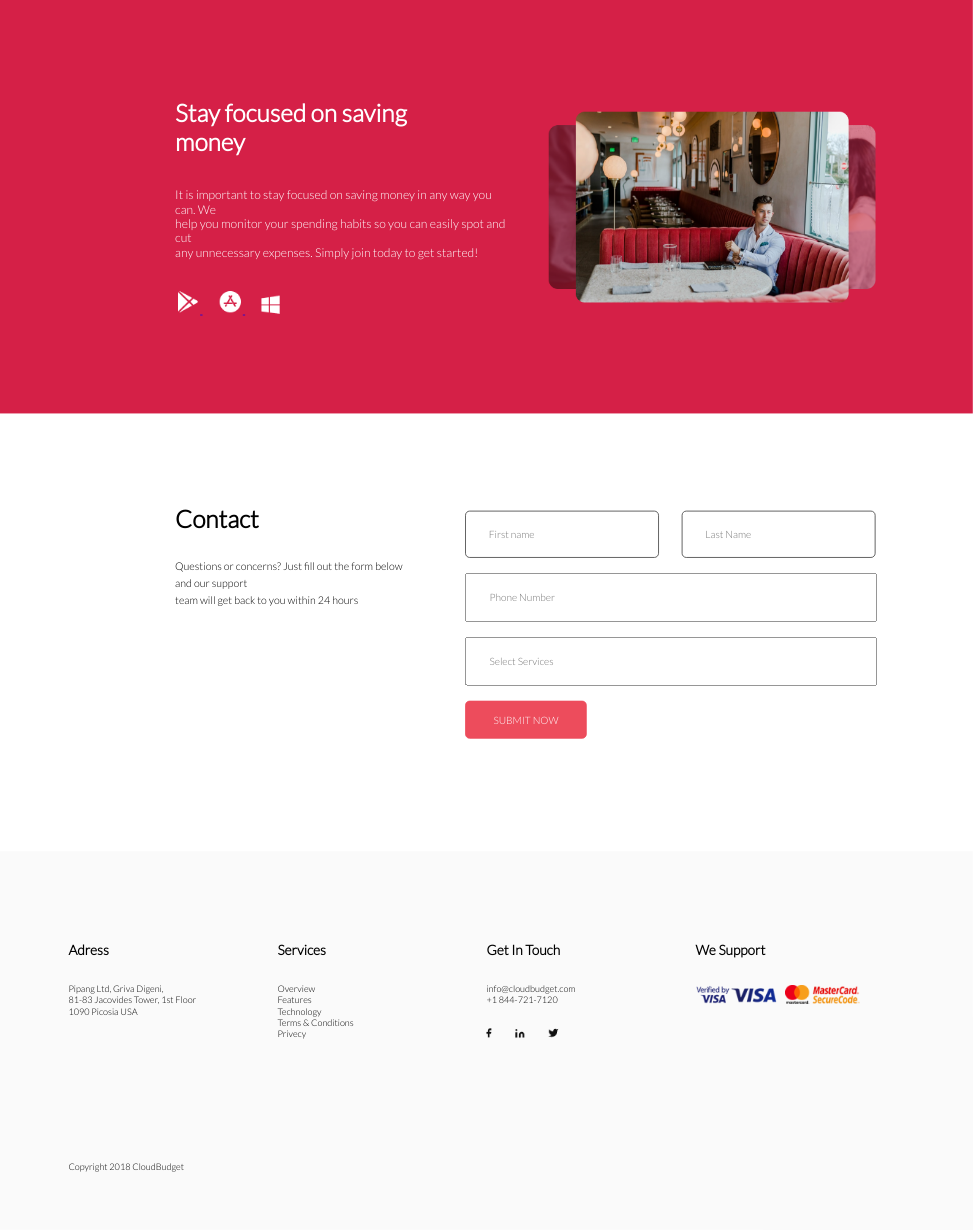
Repository: batonAnton/Cursor_lecture4
Page: index.html
An editor plug-in stored every save of this project. The page is shown before and after the next save, followed by the edit.
The browser window is 1280 px wide. The pictures show the whole page, at 76% of full size.

Above is the page before, as saved 2022-06-09 16:22:23.

### index.html
<!DOCTYPE html>
<html lang="en">
<head>
    <meta charset="UTF-8">
    <meta http-equiv="X-UA-Compatible" content="IE=edge">
    <meta name="viewport" content="width=device-width, initial-scale=1.0">
    <title>CloudBudget Freebie</title>
    <link rel="preconnect" href="https://fonts.googleapis.com">
    <link rel="preconnect" href="https://fonts.gstatic.com" crossorigin>
    <link href="https://fonts.googleapis.com/css2?family=Lato:wght@300&display=swap" rel="stylesheet">
    <link rel="stylesheet" href="css/style.css">
</head>
<body>
    <div class="full-page">
    <header>
        <div class="info-box">
            <h1>Stay focused on saving <br> money</h1>
            <p>It is important to stay focused on saving money in any way you can. We <br> help you monitor your spending habits so you can easily spot and cut <br> any unnecessary expenses. Simply join today to get started!</p>

            <div class="link_source">
                <a href="https://play.google.com/store/games?hl=uk&gl=US">
                    <img src="/image/icon/google_play.png" alt="icon-google">
                </a>
                <a href="https://www.apple.com/ua/app-store/">
                    <img src="/image/icon/apstore.png" alt="icon-apstore">
                </a>
                <a href="https://www.microsoft.com/uk-ua/software-download/windows10">
                    <img src="/image/icon/windows.png" alt="icon-windows">
                </a>
            </div>
        </div>

        <div class="big_img"></div>
    </header>

    <section>
        <div class="info-box">
            <h1>Contact</h1>
            <p>Questions or concerns? Just fill out the form below and our support <br> team will get back to you within 24 hours</p>
        </div>

        <div class="input-fields">
            <form>
                <div>
                    <input type="text" id="fname" placeholder="First name" name="fname">
                    <input type="text" id="lname" placeholder="Last Name" name="lname">
                </div>

                <input type="number" name="" id="number" placeholder="Phone Number">
                <input list="browsers" id="dropdown" placeholder="Select Services" name="service"> <br>
                <datalist id="browsers">
                    <option value="Service1">
                    <option value="Service2">
                    <option value="Service3">
                    <option value="Service4">
                    <option value="Service5">
                </datalist>
                <button>submit now</button>
              </form>
        </div>
    </section>

    <footer>
        <div class="all-block">
            <div class="adress-block">
                <h1>adress</h1>
                <p>
                    Pipang Ltd, Griva Digeni,<br>
                    81-83 Jacovides Tower, 1st Floor <br>
                    1090 Picosia USA
                </p>
            </div>

            <div class="services">
                <h1>services</h1>
                <a href="">overview</a>
                <a href="">features</a>
                <a href="">technology</a>
                <a href="">terms & conditions</a>
                <a href="">privecy</a>
            </div>

            <div class="link-social">
                <h1>Get in Touch</h1>
                <a href="">info@cloudbudget.com</a>
                <a href="">+1 844-721-7120</a>

                <div>
                    <a href="">
                        <img src="/image/footer/facebook.png" alt="facebook-link">
                    </a>

                    <a href="">
                        <img src="/image/footer/feather-linkedin.png" alt="linkdn">
                    </a>

                    <a href="">
                        <img src="/image/footer/tweeter.png" alt="tweeter-img">
                    </a>
                </div>
            </div>

            <div class="paymants">
                <h1>We Support</h1>
                <img src="/image/footer/secure-p-1 1.png" alt="img pay">
            </div>
        </div>
        <p class="copyright">Copyright 2018 CloudBudget</p>
    </footer>
    </div>
</body>
</html>

### css/style.css
* {
  font-family: "Lato", sans-serif;
  font-weight: 400;
  margin: 0px;
  padding: 0px;
  box-sizing: border-box;
}

.full-page{
  /* padding:0 5% 0 5%; */
}
h1 {
  font-weight: 600;
}

header {
  width: 100%;
  height: 20%;
  padding: 10%;
  color: #ffffff;
  display: inline-flex;
  background-color: #d52047;
}

.info-box {
  width: 80%;
  margin-left: 10%;
}

.info-box h1{
  font-size: 2rem;
}

.info-box p {
  width: 90%;
  margin: 40px 0;
  font-size 14px;
}

.link_source a {
  margin-left: -19px;
  padding: 0 20px;
}

.big_img {
  background-image: url("/image/Photo.png");
  width: 70%;
  background-repeat: no-repeat;
  background-position: center;
  background-size: contain;
}

/* Section */
section {
  color: #000000;
  display: inline-flex;
  padding: 10%;
  width: 100%;
}

section .info-box {
  width: 80%;
  color: #000000;
  line-height: 140%;
}

section .info-box h1 {
  font-weight: 600;
  font-size: 2rem;
}

section .info-box p{
  font-size: 14px;
}

#fname,
#lname {
  width: 255px;
  height: 60px;
  border: 1px solid #333333;
  border-radius: 6px;
}

.input-fields input {
  width: 95%;
  height: 60px;
  padding: 30px;
}

form div {
  display: inline-flex;
}
form input,
button {
  margin-left: 30px;
  margin-bottom: 20px;
  /* margin: 0px 0px 30px 10px; */
}

.input-fields {
  /* margin-right: 100px; */
}

button {
  background-color: #ed4c5c;
  color: #ffffff;
  width: 160px;
  height: 50px;
  border: 1.5px solid #ed4c5c;
  border-radius: 6px;
  text-transform: uppercase;
}

footer {
  background-color: #fafafa;
  margin: 0px auto 0px auto;
  font-size: 12px;
}

.all-block {
  display: inline-flex;
  padding: 85px 90px 75px 90px;
  margin: 0 auto;
  width: 100%;
}

.all-block div {
  width: 30%;
  /* padding: 0 15% 0 15%; */
}

footer h1 {
  font-style: normal;
  font-weight: 700;
  line-height: 22px;
  text-transform: capitalize;
  margin-bottom: 33px;
  margin-top: 33px;
  font-size: 18px;
}

.services a,
.link-social a {
  display: grid;
  text-decoration: none;
  color: #000000;
}

.services a {
  text-transform: capitalize;
}

.link-social div {
  display: inline-flex;
}

.link-social div a {
  margin: 30px 30px 0px 0px;
}

.copyright{
  padding: 85px 90px 75px 90px;
}

After the next save:
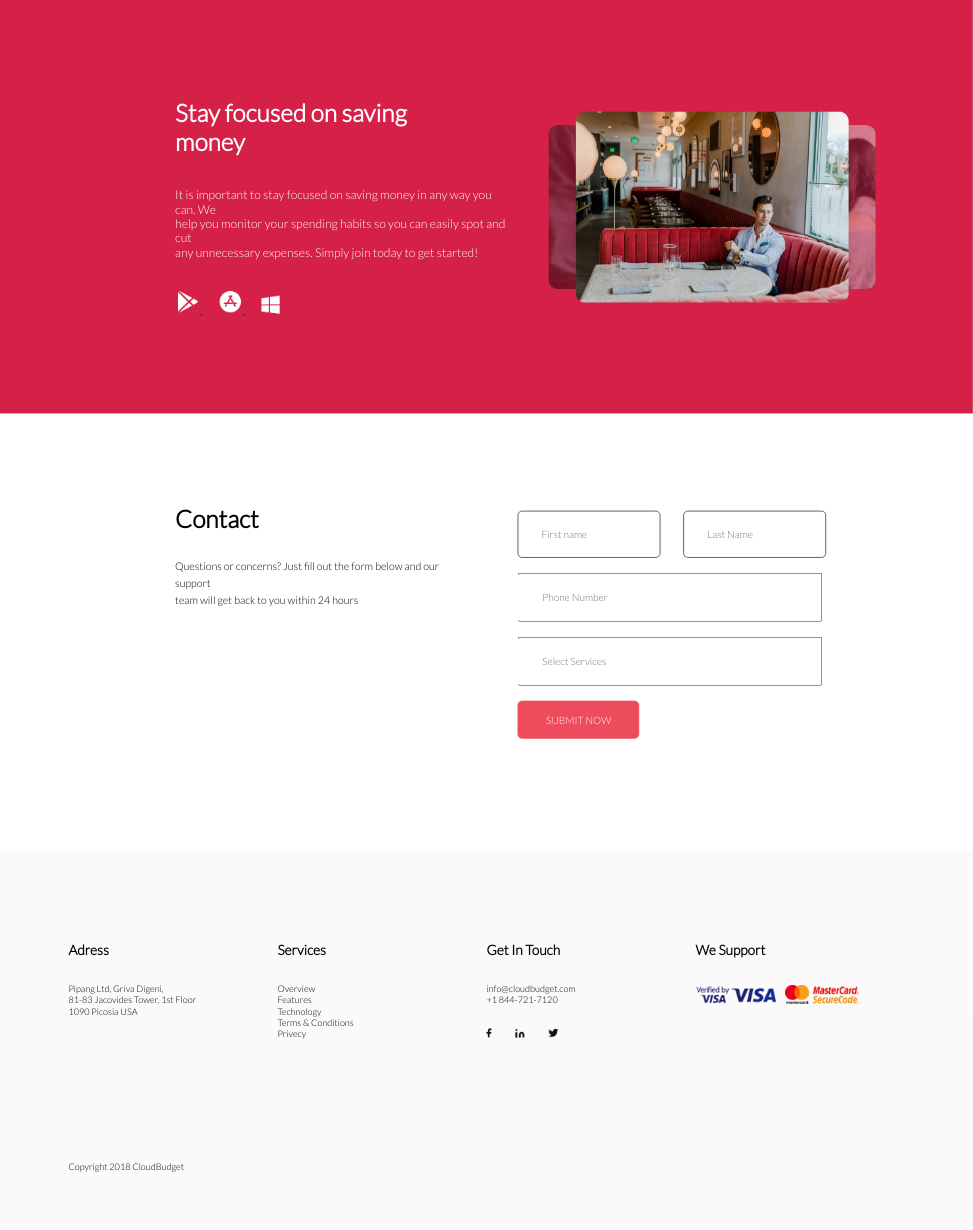
Saved 7 min 9 s later.
--- a/css/style.css
+++ b/css/style.css
@@ -75,14 +75,14 @@ section .info-box p{
 
 #fname,
 #lname {
-  width: 255px;
+  width: 39%;
   height: 60px;
   border: 1px solid #333333;
   border-radius: 6px;
 }
 
 .input-fields input {
-  width: 95%;
+  width: 80%;
   height: 60px;
   padding: 30px;
 }
